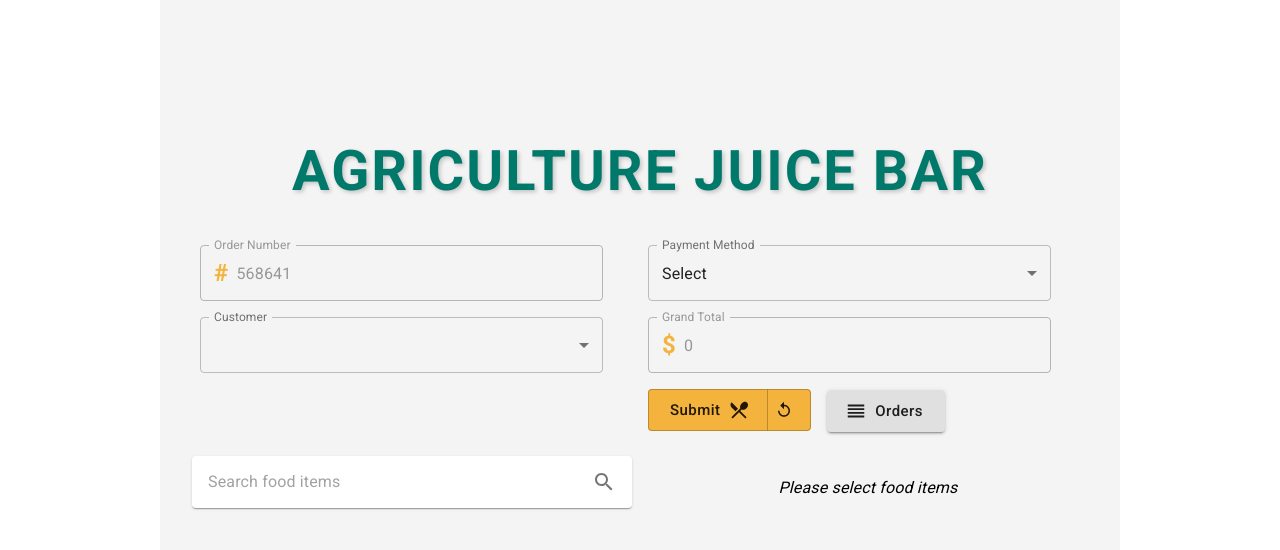
Repository: CydexCode/JuiceBarApplication
Page: / (app in restaurant-app/)
The author's editor kept a copy of each file at every save. The page is drawn from the files as they stood at one save, then again after the next save.
The browser window is 1280 px wide. The pictures show the whole page.
The page's requests for data from a server got no answer. The project was rebuilt for these pictures with package versions that can differ from the ones it lists, and the page was loaded fresh each time. No one was signed in, and anything a server would have sent is missing. Also part of the build but not shown: restaurant-app/src/layouts/Table.js, restaurant-app/src/components/Order/OrderList.js.

Above is the page before, as saved 2024-02-06 08:09:12.

After the next save:
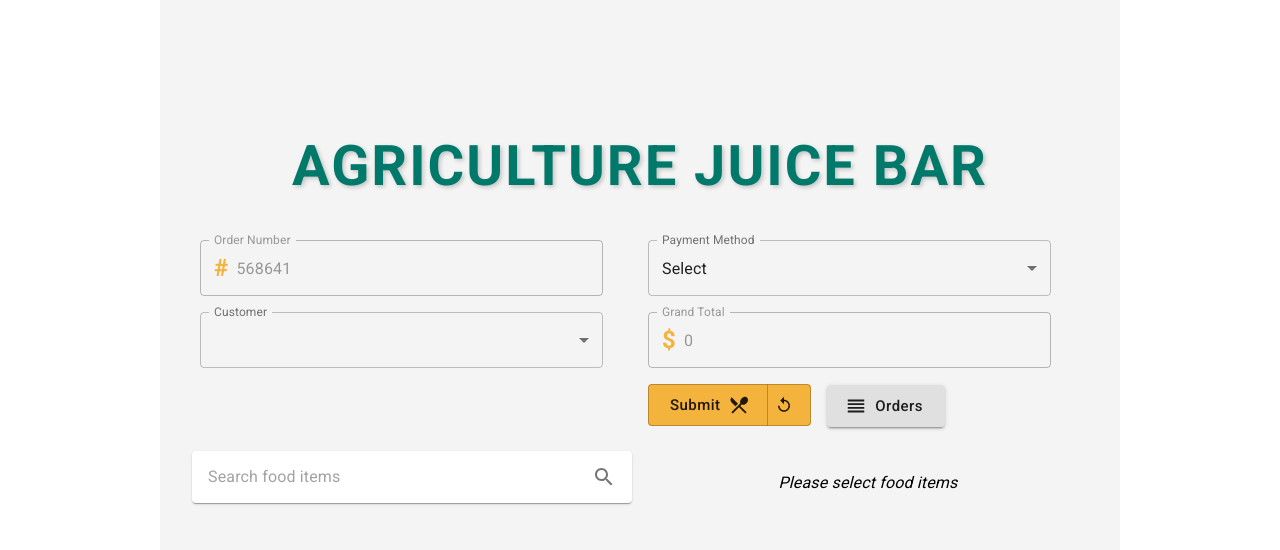
Saved 15 s later.
--- a/restaurant-app/src/App.js
+++ b/restaurant-app/src/App.js
@@ -17,7 +17,7 @@ const useStyles = makeStyles((theme) => ({
   title: {
     marginBottom: theme.spacing(4),
     fontSize: '3.5rem',
-    marginTop: '-50px', // Move the title up by 10 pixels
+    marginTop: '-60px', // Move the title up by 10 pixels
     color: '#00796b', // Green color
     textAlign: 'center',
     textTransform: 'uppercase',
